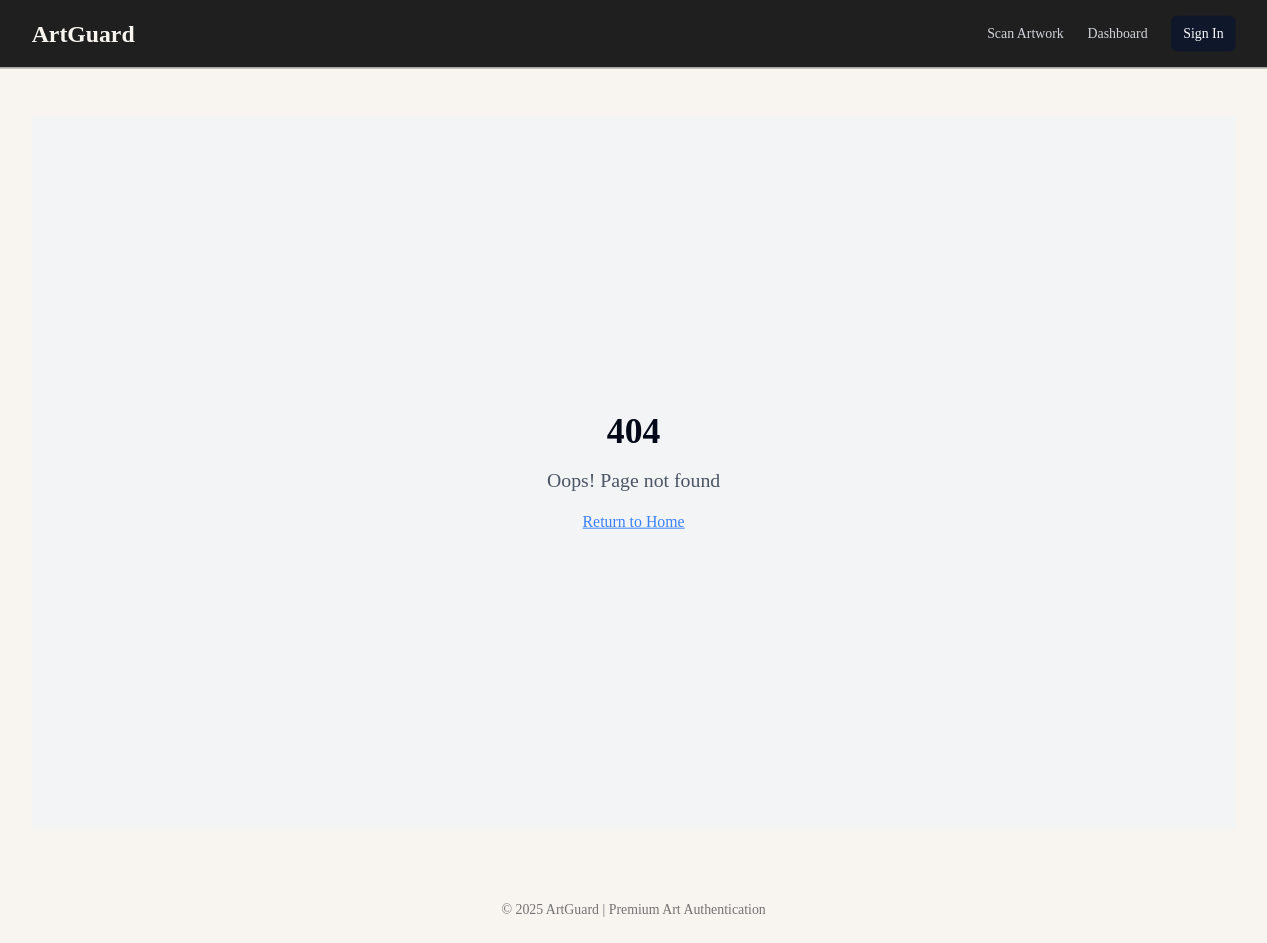
Repository: Arunkumar158/artguard
Page: /contact
These files come from the project's save history. The page is drawn as it stood at one moment and after the next save; the edit follows.
The browser window is 1280 px wide. The pictures show the whole page, at 99% of full size.
The page's requests for data from a server got no answer. The project was rebuilt for these pictures with package versions that can differ from the ones it lists, and the page was loaded fresh each time. No one was signed in, and anything a server would have sent is missing. Also part of the build but not shown: vite.config.ts, src/components/ui/label.tsx, src/components/ui/form.tsx, src/components/ui/input.tsx, src/components/ui/tabs.tsx, src/components/ui/use-toast.ts, src/components/ui/alert-dialog.tsx, src/components/auth/AuthForm.tsx and 11 more.

Above is the page before, as saved 2025-06-23 10:19:26.

### index.html
<!DOCTYPE html>
<html lang="en">
  <head>
    <meta charset="UTF-8" />
    <meta name="viewport" content="width=device-width, initial-scale=1.0" />
    <title>art-sense-scan-reveal</title>
    <meta name="description" content="Lovable Generated Project" />
    <meta name="author" content="Lovable" />

    <meta property="og:title" content="art-sense-scan-reveal" />
    <meta property="og:description" content="Lovable Generated Project" />
    <meta property="og:type" content="website" />
    <meta property="og:image" content="https://lovable.dev/opengraph-image-p98pqg.png" />

    <meta name="twitter:card" content="summary_large_image" />
    <meta name="twitter:site" content="@lovable_dev" />
    <meta name="twitter:image" content="https://lovable.dev/opengraph-image-p98pqg.png" />
  </head>

  <body>
    <div id="root"></div>
    <!-- IMPORTANT: DO NOT REMOVE THIS SCRIPT TAG OR THIS VERY COMMENT! -->
    <script src="https://cdn.gpteng.co/gptengineer.js" type="module"></script>
    <script type="module" src="/src/main.tsx"></script>
  </body>
</html>

### src/App.tsx
import { useEffect, useState } from "react";
import {
  BrowserRouter as Router,
  Routes,
  Route,
  Navigate,
  useNavigate,
} from "react-router-dom";
import { Session } from "@supabase/supabase-js";
import { supabase } from "@/lib/supabaseClient";
import AuthPage from "./pages/Auth";
import Dashboard from "./pages/Dashboard";
import Index from "./pages/Index";
import NotFound from "./pages/NotFound";
import ResetPasswordPage from "./pages/ResetPassword";
import { Toaster } from "./components/ui/toaster";
import { MainLayout } from "./components/MainLayout";

function App() {
  const [session, setSession] = useState<Session | null>(null);
  const navigate = useNavigate();

  useEffect(() => {
    supabase.auth.getSession().then(({ data: { session } }) => {
      setSession(session);
    });

    const {
      data: { subscription },
    } = supabase.auth.onAuthStateChange((event, session) => {
      setSession(session);
      if (event === "PASSWORD_RECOVERY") {
        navigate("/reset-password");
      }
    });

    return () => subscription.unsubscribe();
  }, [navigate]);

  return (
    <MainLayout session={session}>
      <Routes>
        <Route path="/" element={<Index />} />
        <Route path="/auth" element={<AuthPage />} />
        <Route path="/reset-password" element={<ResetPasswordPage />} />
        <Route
          path="/dashboard"
          element={
            <ProtectedRoute session={session}>
              <Dashboard session={session} />
            </ProtectedRoute>
          }
        />
        <Route path="*" element={<NotFound />} />
      </Routes>
      <Toaster />
    </MainLayout>
  );
}

const AppWrapper = () => (
  <Router>
    <App />
  </Router>
);

function ProtectedRoute({
  session,
  children,
}: {
  session: Session | null;
  children: React.ReactNode;
}) {
  if (!session) {
    return <Navigate to="/auth" replace />;
  }

  return <>{children}</>;
}

export default AppWrapper;

### src/index.css
@import url('https://fonts.googleapis.com/css2?family=Inter:wght@400;500;600;700&family=Playfair+Display:wght@700&display=swap');

@tailwind base;
@tailwind components;
@tailwind utilities;

@layer base {
  :root {
    --background: 0 0% 100%;
    --foreground: 222.2 84% 4.9%;

    /* Art Guard Brand Colors */
    --brand-background: 36 33% 96%; /* #F9F6F2 */
    --brand-primary: 44 74% 61%;   /* #E2B855 */
    --brand-text: 0 0% 12%;       /* #1E1E1E */

    --card: 0 0% 100%;
    --card-foreground: 222.2 84% 4.9%;

    --popover: 38 50% 98%;
    --popover-foreground: 0 0% 11.8%;

    --primary: 222.2 47.4% 11.2%;
    --primary-foreground: 210 40% 98%;

    --secondary: 210 40% 96.1%;
    --secondary-foreground: 0 0% 9%;

    --muted: 0 0% 96.1%;
    --muted-foreground: 0 0% 45.1%;

    --accent: 0 0% 96.1%;
    --accent-foreground: 0 0% 9%;

    --destructive: 0 84.2% 60.2%;
    --destructive-foreground: 0 0% 98%;

    --border: 0 0% 90%;
    --input: 0 0% 90%;
    --ring: 45 74% 61%; /* Deep Ochre Gold for focus rings */

    --radius: 0.5rem;
  }

  .dark {
    --background: 222.2 84% 4.9%;
    --foreground: 210 40% 98%;

    /* Art Guard Brand Colors */
    --brand-background: 36 33% 96%; /* #F9F6F2 */
    --brand-primary: 44 74% 61%;   /* #E2B855 */
    --brand-text: 0 0% 12%;       /* #1E1E1E */

    --card: 222.2 84% 4.9%;
    --card-foreground: 210 40% 98%;

    --popover: 0 0% 11.8%;
    --popover-foreground: 38 50% 98%;

    --primary: 210 40% 98%;
    --primary-foreground: 222.2 47.4% 11.2%;

    --secondary: 217.2 32.6% 17.5%;
    --secondary-foreground: 0 0% 98%;

    --muted: 0 0% 17.5%;
    --muted-foreground: 0 0% 65.1%;

    --accent: 0 0% 17.5%;
    --accent-foreground: 0 0% 98%;

    --destructive: 0 62.8% 30.6%;
    --destructive-foreground: 0 0% 98%;

    --border: 0 0% 25%;
    --input: 0 0% 25%;
    --ring: 45 74% 61%;
  }
}

@layer base {
  * {
    @apply border-border;
  }

  body {
    @apply bg-background text-foreground font-sans;
  }

  h1, h2, h3, h4, h5, h6 {
    @apply font-serif;
  }
}

/* Additional keyframes for animations */
@keyframes fade-in {
  from {
    opacity: 0;
    transform: translateY(10px);
  }
  to {
    opacity: 1;
    transform: translateY(0);
  }
}

@layer utilities {
  .animate-fade-in {
    animation: fade-in 0.4s ease-out forwards;
  }
}

### src/lib/supabaseClient.ts
import { createClient } from '@supabase/supabase-js'

const supabaseUrl = import.meta.env.VITE_SUPABASE_URL
const supabaseAnonKey = import.meta.env.VITE_SUPABASE_ANON_KEY

if (!supabaseUrl || !supabaseAnonKey) {
  throw new Error('Supabase URL and Anon Key are required.')
}

export const supabase = createClient(supabaseUrl, supabaseAnonKey)

### src/pages/NotFound.tsx
import { useLocation } from "react-router-dom";
import { useEffect } from "react";

const NotFound = () => {
  const location = useLocation();

  useEffect(() => {
    console.error(
      "404 Error: User attempted to access non-existent route:",
      location.pathname
    );
  }, [location.pathname]);

  return (
    <div className="min-h-screen flex items-center justify-center bg-gray-100">
      <div className="text-center">
        <h1 className="text-4xl font-bold mb-4">404</h1>
        <p className="text-xl text-gray-600 mb-4">Oops! Page not found</p>
        <a href="/" className="text-blue-500 hover:text-blue-700 underline">
          Return to Home
        </a>
      </div>
    </div>
  );
};

export default NotFound;

### src/components/ui/toaster.tsx
import { useToast } from "@/hooks/use-toast"
import {
  Toast,
  ToastClose,
  ToastDescription,
  ToastProvider,
  ToastTitle,
  ToastViewport,
} from "@/components/ui/toast"

export function Toaster() {
  const { toasts } = useToast()

  return (
    <ToastProvider>
      {toasts.map(function ({ id, title, description, action, ...props }) {
        return (
          <Toast key={id} {...props}>
            <div className="grid gap-1">
              {title && <ToastTitle>{title}</ToastTitle>}
              {description && (
                <ToastDescription>{description}</ToastDescription>
              )}
            </div>
            {action}
            <ToastClose />
          </Toast>
        )
      })}
      <ToastViewport />
    </ToastProvider>
  )
}

### src/components/MainLayout.tsx
import React from "react";
import { Link, useNavigate } from "react-router-dom";
import { Session } from "@supabase/supabase-js";
import { supabase } from "@/lib/supabaseClient";
import { Button } from "./ui/button";

interface MainLayoutProps {
  children: React.ReactNode;
  session: Session | null;
}

export const MainLayout: React.FC<MainLayoutProps> = ({
  children,
  session,
}) => {
  const navigate = useNavigate();

  const handleSignOut = async () => {
    await supabase.auth.signOut();
    navigate("/");
  };

  return (
    <div className="min-h-screen bg-brand-background flex flex-col font-sans">
      <header className="py-4 border-b bg-brand-text text-brand-background">
        <div className="container flex items-center justify-between">
          <Link to="/" className="text-2xl font-serif font-bold">
            ArtGuard
          </Link>
          <nav className="flex items-center gap-6">
            <Link
              to="/scan"
              className="text-sm font-medium text-gray-300 hover:text-white transition-colors relative group"
            >
              Scan Artwork
              <span className="absolute bottom-[-2px] left-0 w-full h-0.5 bg-brand-primary scale-x-0 group-hover:scale-x-100 transition-transform origin-left duration-300"></span>
            </Link>
            <Link
              to="/dashboard"
              className="text-sm font-medium text-gray-300 hover:text-white transition-colors relative group"
            >
              Dashboard
              <span className="absolute bottom-[-2px] left-0 w-full h-0.5 bg-brand-primary scale-x-0 group-hover:scale-x-100 transition-transform origin-left duration-300"></span>
            </Link>
            {session ? (
              <>
                <span className="text-sm text-gray-400">
                  {session.user.email}
                </span>
                <Button onClick={handleSignOut} variant="ghost" size="sm">
                  Sign Out
                </Button>
              </>
            ) : (
              <Button
                onClick={() => navigate("/auth")}
                variant="default"
                size="sm"
              >
                Sign In
              </Button>
            )}
          </nav>
        </div>
      </header>
      <main className="flex-1 container py-12">{children}</main>
      <footer className="py-6 text-center text-sm text-muted-foreground">
        <div className="container">
          © {new Date().getFullYear()} ArtGuard | Premium Art Authentication
        </div>
      </footer>
    </div>
  );
};

### src/components/ui/button.tsx
import * as React from "react"
import { Slot } from "@radix-ui/react-slot"
import { cva, type VariantProps } from "class-variance-authority"

import { cn } from "@/lib/utils"

const buttonVariants = cva(
  "inline-flex items-center justify-center gap-2 whitespace-nowrap rounded-md text-sm font-medium ring-offset-background transition-colors focus-visible:outline-none focus-visible:ring-2 focus-visible:ring-ring focus-visible:ring-offset-2 disabled:pointer-events-none disabled:opacity-50 [&_svg]:pointer-events-none [&_svg]:size-4 [&_svg]:shrink-0",
  {
    variants: {
      variant: {
        default: "bg-primary text-primary-foreground hover:bg-primary/90",
        destructive:
          "bg-destructive text-destructive-foreground hover:bg-destructive/90",
        outline:
          "border border-input bg-background hover:bg-accent hover:text-accent-foreground",
        secondary:
          "bg-secondary text-secondary-foreground hover:bg-secondary/80",
        ghost: "hover:bg-accent hover:text-accent-foreground",
        link: "text-primary underline-offset-4 hover:underline",
      },
      size: {
        default: "h-10 px-4 py-2",
        sm: "h-9 rounded-md px-3",
        lg: "h-11 rounded-md px-8",
        icon: "h-10 w-10",
      },
    },
    defaultVariants: {
      variant: "default",
      size: "default",
    },
  }
)

export interface ButtonProps
  extends React.ButtonHTMLAttributes<HTMLButtonElement>,
    VariantProps<typeof buttonVariants> {
  asChild?: boolean
}

const Button = React.forwardRef<HTMLButtonElement, ButtonProps>(
  ({ className, variant, size, asChild = false, ...props }, ref) => {
    const Comp = asChild ? Slot : "button"
    return (
      <Comp
        className={cn(buttonVariants({ variant, size, className }))}
        ref={ref}
        {...props}
      />
    )
  }
)
Button.displayName = "Button"

export { Button, buttonVariants }

### tailwind.config.ts
import type { Config } from "tailwindcss";
import { fontFamily } from "tailwindcss/defaultTheme";
import tailwindcssAnimate from "tailwindcss-animate";

export default {
	darkMode: ["class"],
	content: [
		"./pages/**/*.{ts,tsx}",
		"./components/**/*.{ts,tsx}",
		"./app/**/*.{ts,tsx}",
		"./src/**/*.{ts,tsx}",
	],
	prefix: "",
	theme: {
		container: {
			center: true,
			padding: '2rem',
			screens: {
				'2xl': '1400px'
			}
		},
		extend: {
			fontFamily: {
				sans: ["var(--font-sans)", "Inter", "sans-serif"],
				serif: ["var(--font-serif)", "Playfair Display", "serif"],
			},
			colors: {
				border: 'hsl(var(--border))',
				input: 'hsl(var(--input))',
				ring: 'hsl(var(--ring))',
				background: 'hsl(var(--background))',
				foreground: 'hsl(var(--foreground))',
				'brand-background': 'hsl(var(--brand-background))',
				'brand-primary': 'hsl(var(--brand-primary))',
				'brand-text': 'hsl(var(--brand-text))',
				primary: {
					DEFAULT: 'hsl(var(--primary))',
					foreground: 'hsl(var(--primary-foreground))'
				},
				secondary: {
					DEFAULT: 'hsl(var(--secondary))',
					foreground: 'hsl(var(--secondary-foreground))'
				},
				destructive: {
					DEFAULT: 'hsl(var(--destructive))',
					foreground: 'hsl(var(--destructive-foreground))'
				},
				muted: {
					DEFAULT: 'hsl(var(--muted))',
					foreground: 'hsl(var(--muted-foreground))'
				},
				accent: {
					DEFAULT: 'hsl(var(--accent))',
					foreground: 'hsl(var(--accent-foreground))'
				},
				popover: {
					DEFAULT: 'hsl(var(--popover))',
					foreground: 'hsl(var(--popover-foreground))'
				},
				card: {
					DEFAULT: 'hsl(var(--card))',
					foreground: 'hsl(var(--card-foreground))'
				},
				'handmade': "#D96D6D",
				'ai-generated': "#4C8DE5",
				'digital-print': "#4EE5D3",
			},
			borderRadius: {
				lg: 'var(--radius)',
				md: 'calc(var(--radius) - 2px)',
				sm: 'calc(var(--radius) - 4px)'
			},
			keyframes: {
				'accordion-down': {
					from: {
						height: '0'
					},
					to: {
						height: 'var(--radix-accordion-content-height)'
					}
				},
				'accordion-up': {
					from: {
						height: 'var(--radix-accordion-content-height)'
					},
					to: {
						height: '0'
					}
				},
				'pulse': {
					'0%, 100%': {
						opacity: '1'
					},
					'50%': {
						opacity: '0.5'
					}
				},
				'shimmer': {
					'0%': {
						backgroundPosition: '-200% 0'
					},
					'100%': {
						backgroundPosition: '200% 0'
					}
				}
			},
			animation: {
				'accordion-down': 'accordion-down 0.2s ease-out',
				'accordion-up': 'accordion-up 0.2s ease-out',
				'pulse': 'pulse 2s cubic-bezier(0.4, 0, 0.6, 1) infinite',
				'shimmer': 'shimmer 2s infinite linear'
			}
		}
	},
	plugins: [tailwindcssAnimate],
} satisfies Config;

### src/components/Header.tsx
import React from "react";
import { Link, useNavigate } from "react-router-dom";
import { Session } from "@supabase/supabase-js";
import { supabase } from "@/lib/supabaseClient";
import { Button } from "./ui/button";

interface HeaderProps {
  session: Session | null;
}

export const Header: React.FC<HeaderProps> = ({ session }) => {
  const navigate = useNavigate();

  const handleSignOut = async () => {
    await supabase.auth.signOut();
    navigate("/");
  };

  return (
    <header className="py-4 border-b bg-brand-text text-brand-background">
      <div className="container flex items-center justify-between">
        <Link to="/" className="text-2xl font-serif font-bold">
          ArtGuard
        </Link>
        <nav className="flex items-center gap-6">
          {session ? (
            <>
              <Link
                to="/dashboard"
                className="text-sm font-medium text-gray-300 hover:text-white transition-colors relative group"
              >
                Dashboard
                <span className="absolute bottom-[-2px] left-0 w-full h-0.5 bg-brand-primary scale-x-0 group-hover:scale-x-100 transition-transform origin-left duration-300"></span>
              </Link>
              <Button onClick={handleSignOut} variant="ghost" size="sm">
                Sign Out
              </Button>
            </>
          ) : (
            <>
              <Button
                onClick={() => navigate("/auth")}
                variant="default"
                size="sm"
              >
                Sign In
              </Button>
              <Button
                onClick={() => navigate("/auth")}
                variant="outline"
                size="sm"
              >
                Sign Up
              </Button>
            </>
          )}
        </nav>
      </div>
    </header>
  );
};

Loaded but not shown: src/main.tsx (common file); src/lib/utils.ts (common file); src/hooks/use-toast.ts (common file); src/components/ui/toast.tsx (127 lines, source omitted)

After the next save:
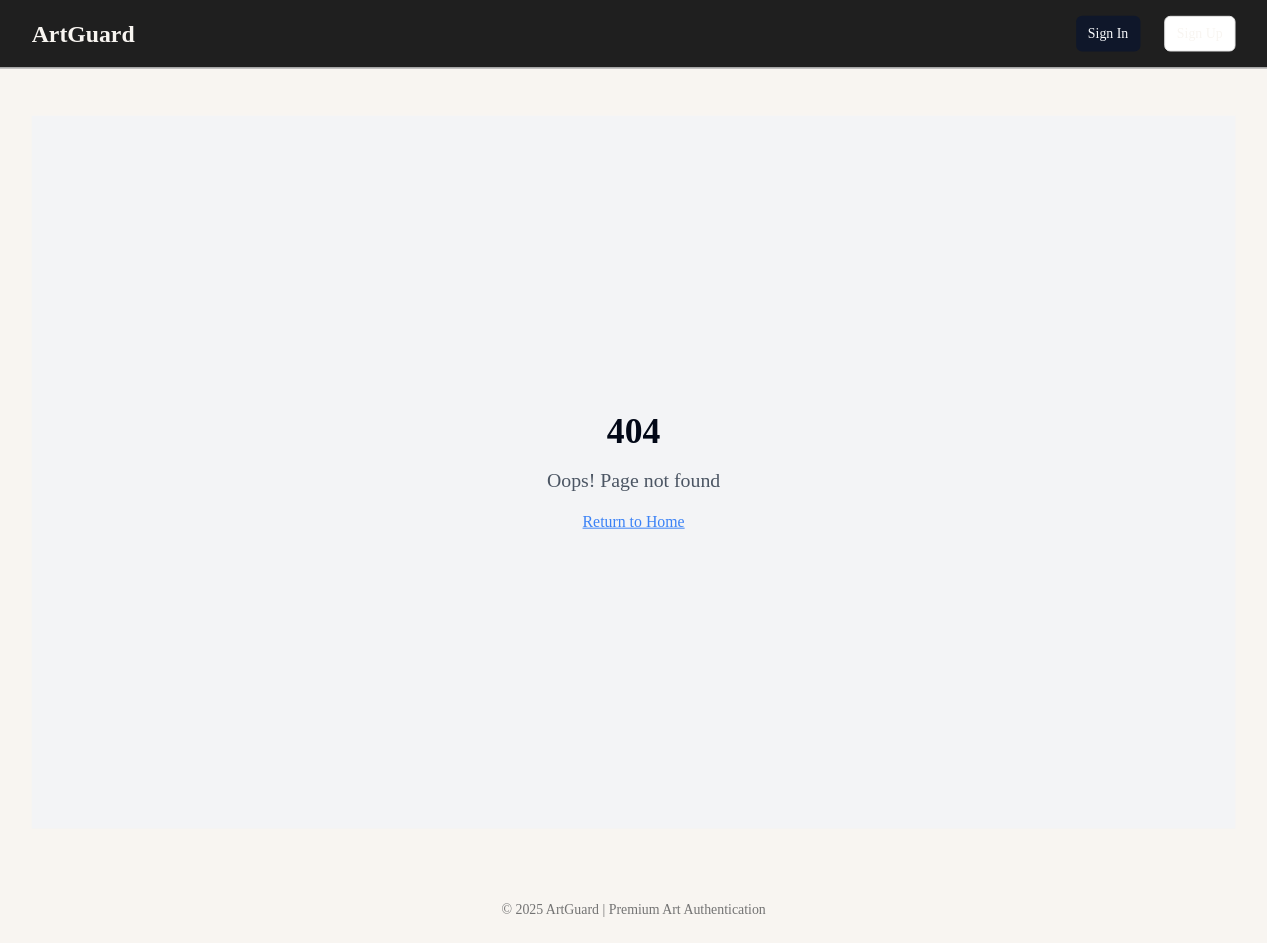
Saved 10 s later.
--- a/src/components/MainLayout.tsx
+++ b/src/components/MainLayout.tsx
@@ -1,8 +1,6 @@
 import React from "react";
-import { Link, useNavigate } from "react-router-dom";
 import { Session } from "@supabase/supabase-js";
-import { supabase } from "@/lib/supabaseClient";
-import { Button } from "./ui/button";
+import { Header } from "./Header";
 
 interface MainLayoutProps {
   children: React.ReactNode;
@@ -13,56 +11,9 @@
   children,
   session,
 }) => {
-  const navigate = useNavigate();
-
-  const handleSignOut = async () => {
-    await supabase.auth.signOut();
-    navigate("/");
-  };
-
   return (
     <div className="min-h-screen bg-brand-background flex flex-col font-sans">
-      <header className="py-4 border-b bg-brand-text text-brand-background">
-        <div className="container flex items-center justify-between">
-          <Link to="/" className="text-2xl font-serif font-bold">
-            ArtGuard
-          </Link>
-          <nav className="flex items-center gap-6">
-            <Link
-              to="/scan"
-              className="text-sm font-medium text-gray-300 hover:text-white transition-colors relative group"
-            >
-              Scan Artwork
-              <span className="absolute bottom-[-2px] left-0 w-full h-0.5 bg-brand-primary scale-x-0 group-hover:scale-x-100 transition-transform origin-left duration-300"></span>
-            </Link>
-            <Link
-              to="/dashboard"
-              className="text-sm font-medium text-gray-300 hover:text-white transition-colors relative group"
-            >
-              Dashboard
-              <span className="absolute bottom-[-2px] left-0 w-full h-0.5 bg-brand-primary scale-x-0 group-hover:scale-x-100 transition-transform origin-left duration-300"></span>
-            </Link>
-            {session ? (
-              <>
-                <span className="text-sm text-gray-400">
-                  {session.user.email}
-                </span>
-                <Button onClick={handleSignOut} variant="ghost" size="sm">
-                  Sign Out
-                </Button>
-              </>
-            ) : (
-              <Button
-                onClick={() => navigate("/auth")}
-                variant="default"
-                size="sm"
-              >
-                Sign In
-              </Button>
-            )}
-          </nav>
-        </div>
-      </header>
+      <Header session={session} />
       <main className="flex-1 container py-12">{children}</main>
       <footer className="py-6 text-center text-sm text-muted-foreground">
         <div className="container">
